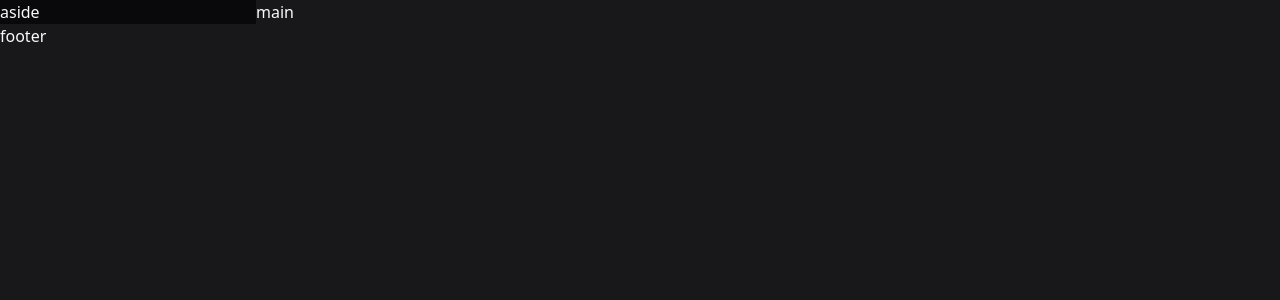
Repository: guilhermecardoso93/tailwind-spotify
Page: /
These files come from the project's save history. The page is drawn as it stood at one moment and after the next save; the edit follows.
The browser window is 1280 px wide. The pictures show the whole page.
The project was rebuilt for these pictures with package versions that can differ from the ones it lists, and the page was loaded fresh each time. The framework's server and built-in components were replaced by stand-ins that run in the browser. Also part of the build but not shown: next.config.js.

Above is the page before, as saved 2023-04-15 19:43:25.

### src/app/layout.tsx
import './globals.css'

export const metadata = {
  title: 'Spotify',
  description: 'Music!',
}

export default function RootLayout({
  children,
}: {
  children: React.ReactNode
}) {
  return (
    <html lang="en">
      <body className="bg-zinc-900 text-zinc-50">{children}</body>
    </html>
  )
}

### src/app/page.tsx
export default function Home() {
  return (
    <div className='h-screen flex-col'>
      <div className='flex flex-1'>
        <aside className='w-64 bg-zinc-950'>aside</aside>
        <main className='flex-1'>main</main>
      </div>
      <footer className='bg-zinc-900'>
        footer
      </footer>
    </div>
  )
}

Loaded but not shown: src/app/globals.css (common file); tailwind.config.js (common file)

After the next save:
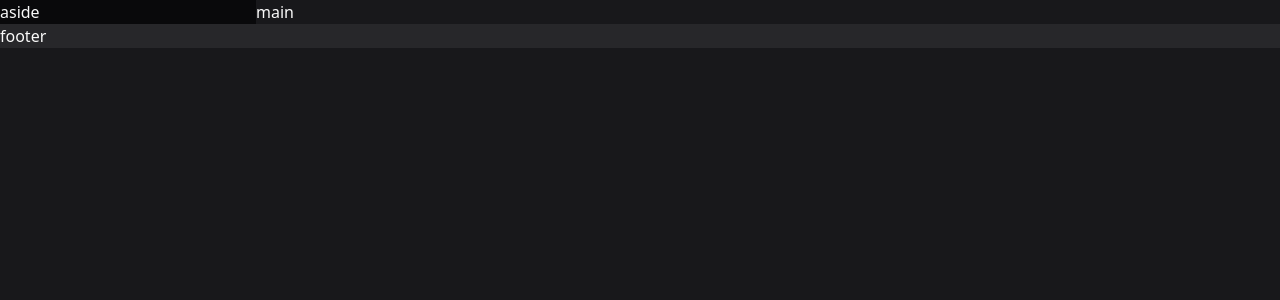
Saved 6 s later.
--- a/src/app/page.tsx
+++ b/src/app/page.tsx
@@ -5,7 +5,7 @@
         <aside className='w-64 bg-zinc-950'>aside</aside>
         <main className='flex-1'>main</main>
       </div>
-      <footer className='bg-zinc-900'>
+      <footer className='bg-zinc-800'>
         footer
       </footer>
     </div>
